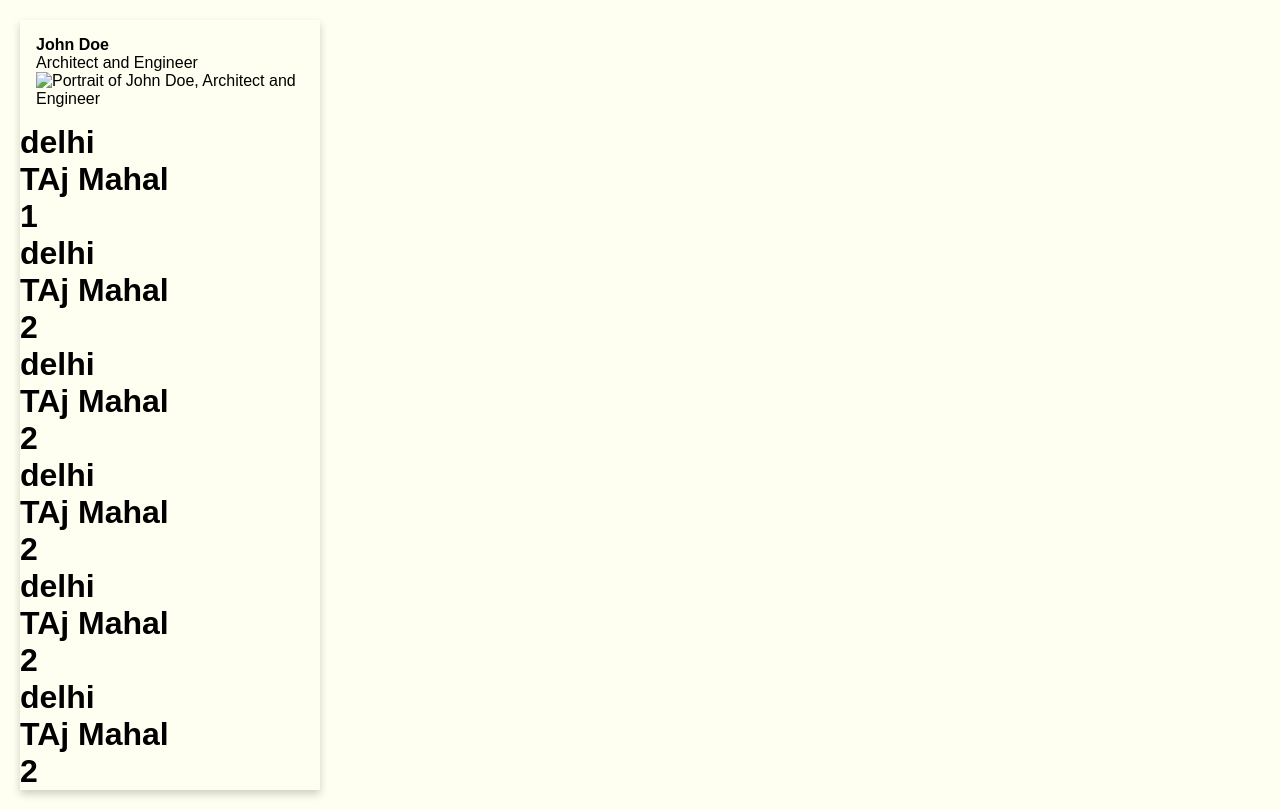
Repository: Muskan1Kumari4draw/React-app-with-concept
Page: /
These files come from the project's save history. The page is drawn as it stood at one moment and after the next save; the edit follows.
The browser window is 1280 px wide. The pictures show the whole page.
The project was rebuilt for these pictures with package versions that can differ from the ones it lists, and the page was loaded fresh each time.

Above is the page before, as saved 2024-09-29 14:45:54.

After the next save:
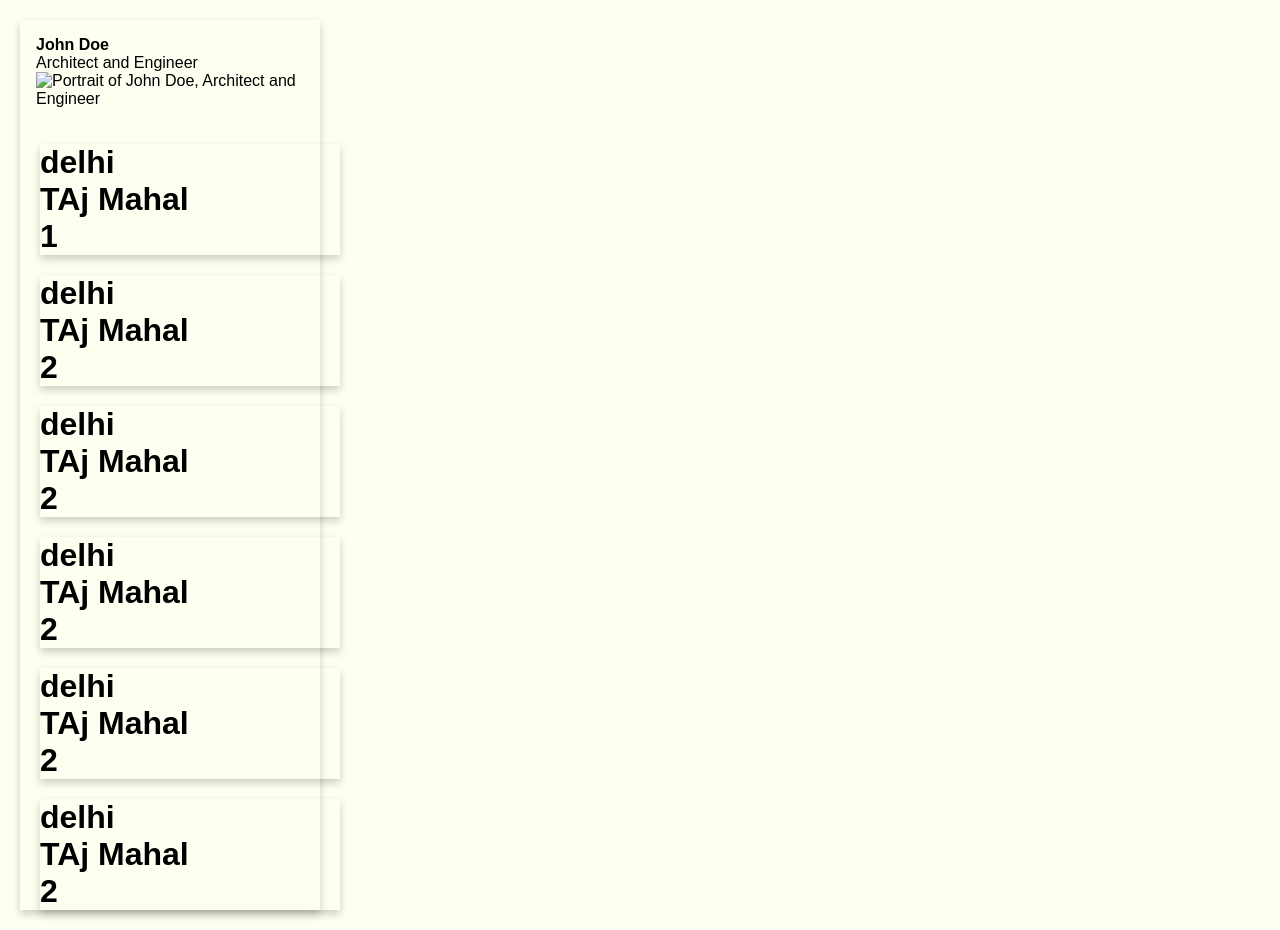
Saved 13 s later.
--- a/src/component/Basic/Restaurant.js
+++ b/src/component/Basic/Restaurant.js
@@ -14,7 +14,7 @@
         {
           data.map((item, index) =>{
             return (
-              <div key ={index}>
+              <div key ={index} className='card'>
                 <h1>{item.placeName}</h1>
                 <h1>{item.Monument}</h1>
                 <h1>{item.id}</h1>
